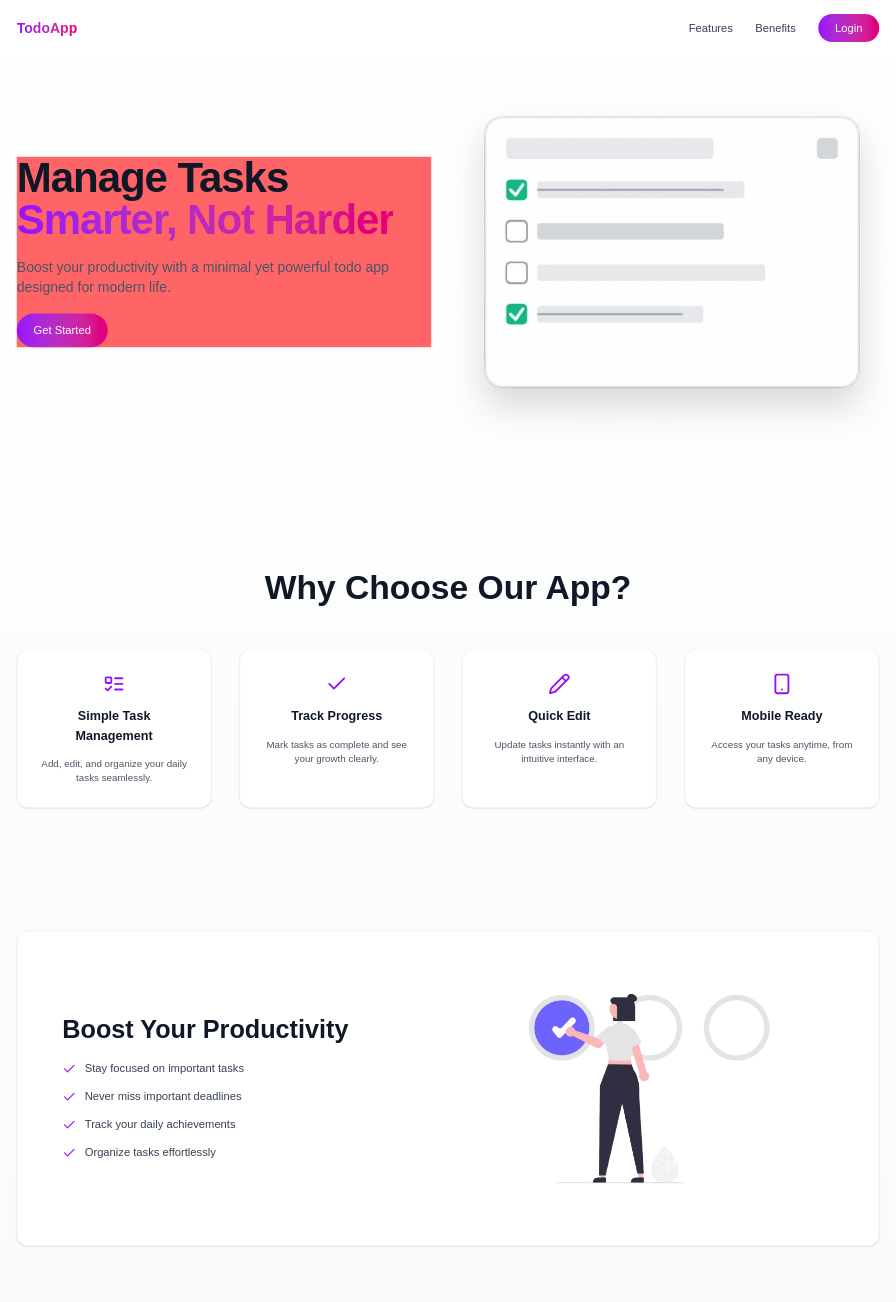
Repository: feldafauzan20/todo-app
Page: /
An editor plug-in stored every save of this project. The page is shown before and after a run of saves, followed by the edit.
The browser window is 1280 px wide. The pictures show the whole page, at 70% of full size.
The project was rebuilt for these pictures with package versions that can differ from the ones it lists, and the page was loaded fresh each time. The framework's server and built-in components were replaced by stand-ins that run in the browser. Also part of the build but not shown: next.config.ts.

Above is the page before, as saved 2025-09-25 23:53:55.

After the next 2 saves:
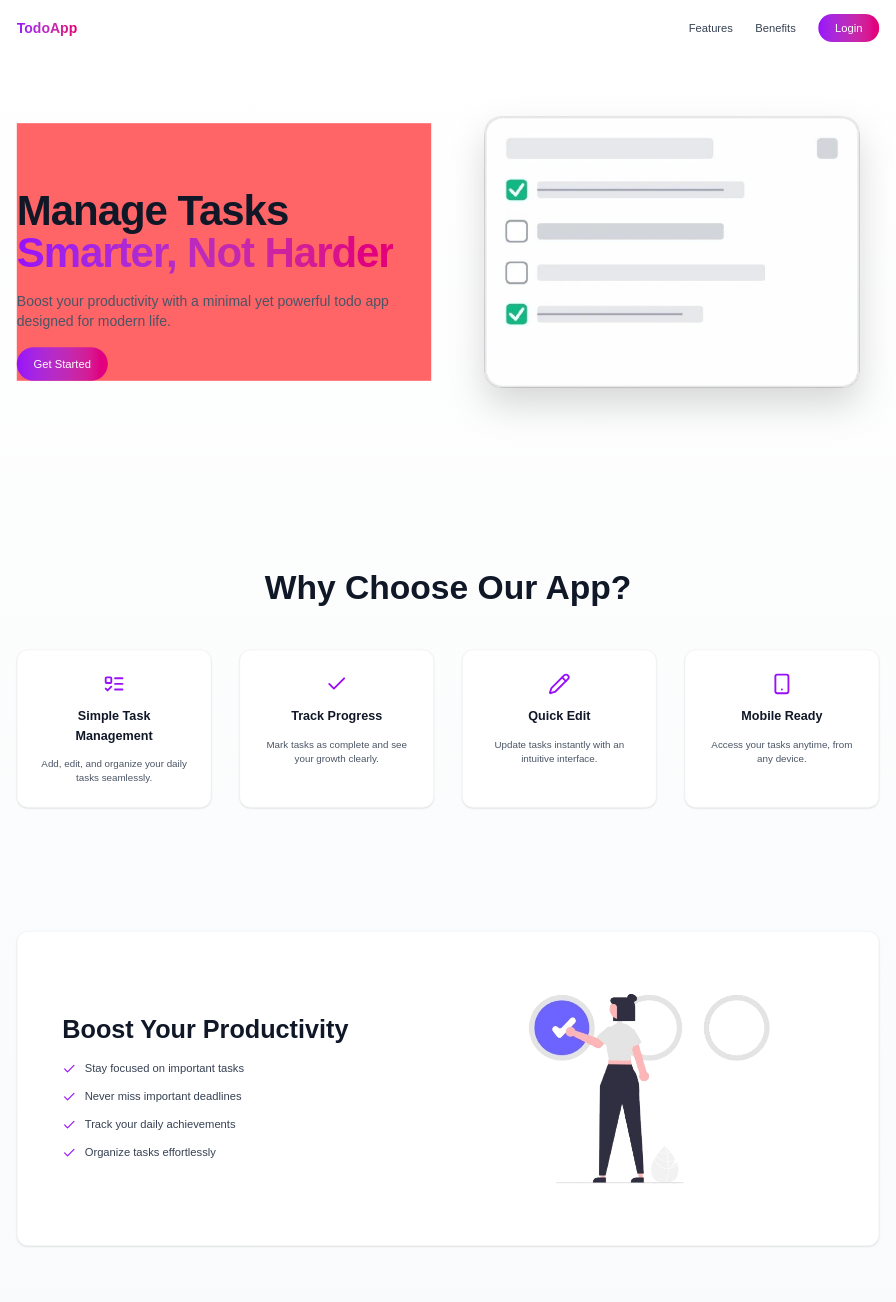
The 2 saves are shown as one change because they came seconds apart.
The last was saved 9 s later.
--- a/src/app/page.tsx
+++ b/src/app/page.tsx
@@ -65,7 +65,7 @@ export default function LandingPage() {
 
         <div className="container mx-auto grid md:grid-cols-2 gap-12 items-center">
           {/* Hero Content */}
-          <div className="text-center md:text-left bg-red-400 space-y-6">
+          <div className="text-center md:text-left bg-red-400 pt-24 space-y-6">
             <motion.h1
               initial="hidden"
               animate="visible"
